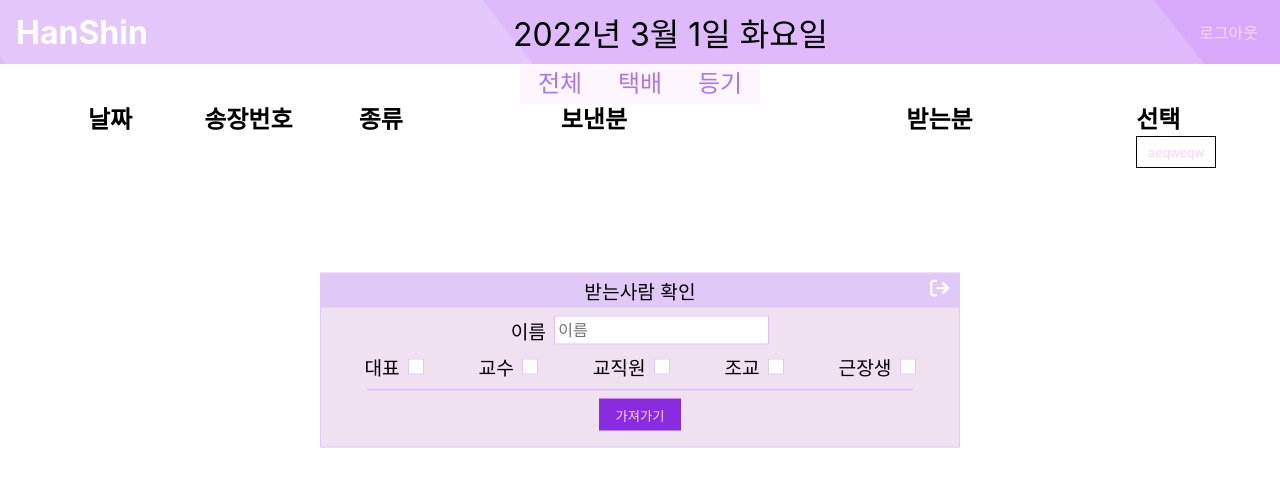
Repository: SeungYn/hanshinClient
Page: /, after clicking the first element matching `button.package_d2e76_submitBtn`
The author's editor kept a copy of each file at every save. The page is drawn from the files as they stood at one save, then again after the next save.
The browser window is 1280 px wide. The pictures show the whole page.
The page's requests for data from a server got no answer. The project was rebuilt for these pictures with package versions that can differ from the ones it lists, and the page was loaded fresh each time. No one was signed in, and anything a server would have sent is missing. Also part of the build but not shown: src/App.css, src/components/item/item.jsx, src/components/addboxs/addBoxs.jsx.

Above is the page before, as saved 2022-03-01 03:02:14.

After the next save:
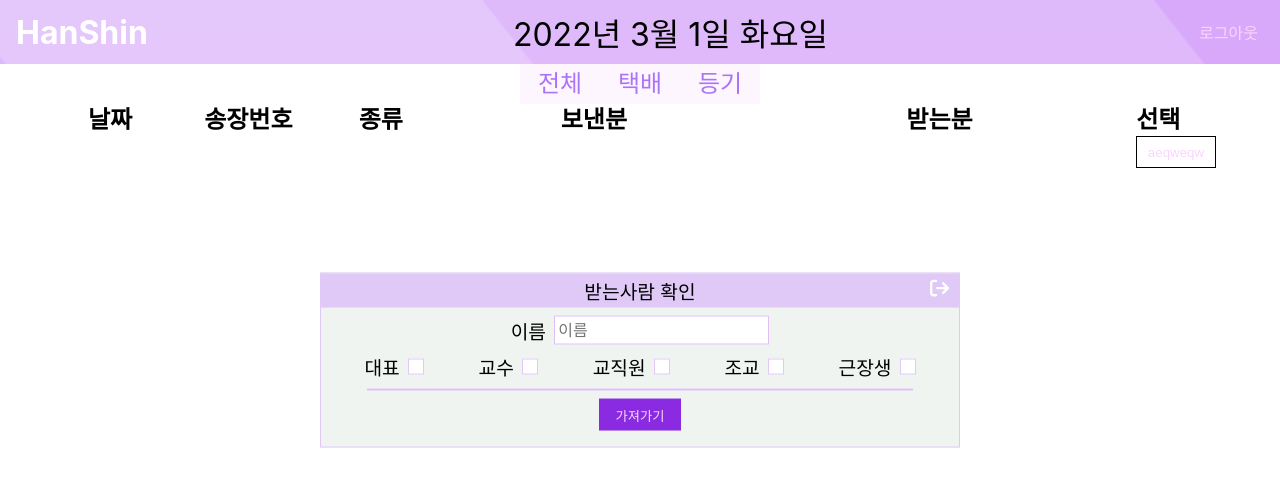
Saved 14 s later.
--- a/src/components/receiverInput/receiverInput.module.css
+++ b/src/components/receiverInput/receiverInput.module.css
@@ -1,6 +1,6 @@
 .receiverForm {
   /* #e0c9f7 */
-  background-color: #efe1f0;
+  background-color: #eff4f0;
   width: 50%;
   position: fixed;
   top: 50%;
